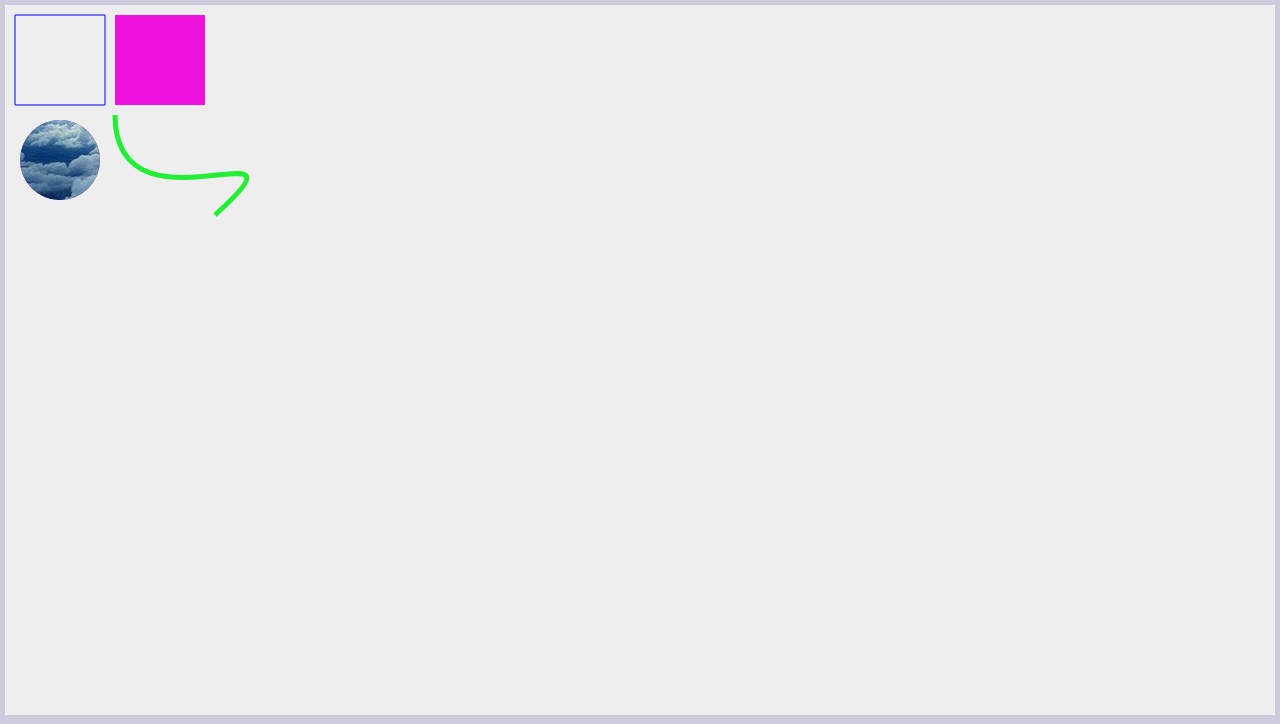
Repository: danielrcardenas/siggraph_examples
Page: workspace/GraphicsExample3/assets/www/index.html
An editor plug-in stored every save of this project. The page is shown before and after the next save, followed by the edit.
The browser window is 1280 px wide. The pictures show the whole page.

Above is the page before, as saved 2013-07-22 16:27:43.

### workspace/GraphicsExample3/assets/www/index.html
<!DOCTYPE html>
<html>
<head>
	<title>Canvas Example</title>

	<link rel="stylesheet" href="styles.css" />
	<meta name="viewport" content="width=device-width" />

	<script>
		function createCanvas ()
		{
			var canvasDiv = document.getElementById("canvasDiv");
			canvasDiv.innerHTML = "<canvas id=\'surface\' width=\'" + (window.innerWidth - 10) + "\' height=\'" + (window.innerHeight - 10) + "\' />";

			var canvas = document.getElementById('surface');
			var context = canvas.getContext('2d');

			// empty square
			context.strokeStyle = 'blue';
			context.beginPath();
			context.moveTo(10,10);
			context.lineTo(10,100);
			context.lineTo(100,100);
			context.lineTo(100,10);
			context.lineTo(10,10);
			context.stroke();

			// filled square
			context.fillStyle = '#ee11dd';
			context.beginPath();
			context.moveTo(110,10);
			context.lineTo(110,100);
			context.lineTo(200,100);
			context.lineTo(200,10);
			context.lineTo(110,10);
			context.fill();

			// filled circle with gradient
			var gradient=context.createLinearGradient(0,0,110,0);
			gradient.addColorStop("0","magenta");
			gradient.addColorStop("0.5","blue");
			gradient.addColorStop("1.0","red");

//			Uncomment the code below and comment out the gradient and fill code below it
//          You will see an image used as a pattern
			var img = new Image();
			var pattern;
			img.src = 'clouds.jpg';
			img.onload = function (e) {
				pattern = context.createPattern(img, 'repeat');
				context.fillStyle=pattern;
				context.beginPath();
				context.arc(55,155,40,0,2*Math.PI);
				context.fill();
			};

			context.fillStyle=gradient;
			context.beginPath();
			context.arc(55,155,40,0,2*Math.PI);
			context.fill();

			// stroked bezier
			context.strokeStyle = '#22ee33';
			context.lineWidth = 5;
			context.beginPath();
			context.moveTo(110,110);
			context.bezierCurveTo(110, 240, 320, 110, 210, 210);
			context.stroke();
		}
	</script>
</head>

<body onload="createCanvas();">
<div id="canvasDiv">
</div>

</body>
</html>

### workspace/GraphicsExample3/assets/www/styles.css

body
{
	margin: 0px;
	padding: 0px;
	background: #ccccdd;
}

#surface {
	margin: 5px;
	padding: 0px;
	background: #eeeeee;
}

After the next save:
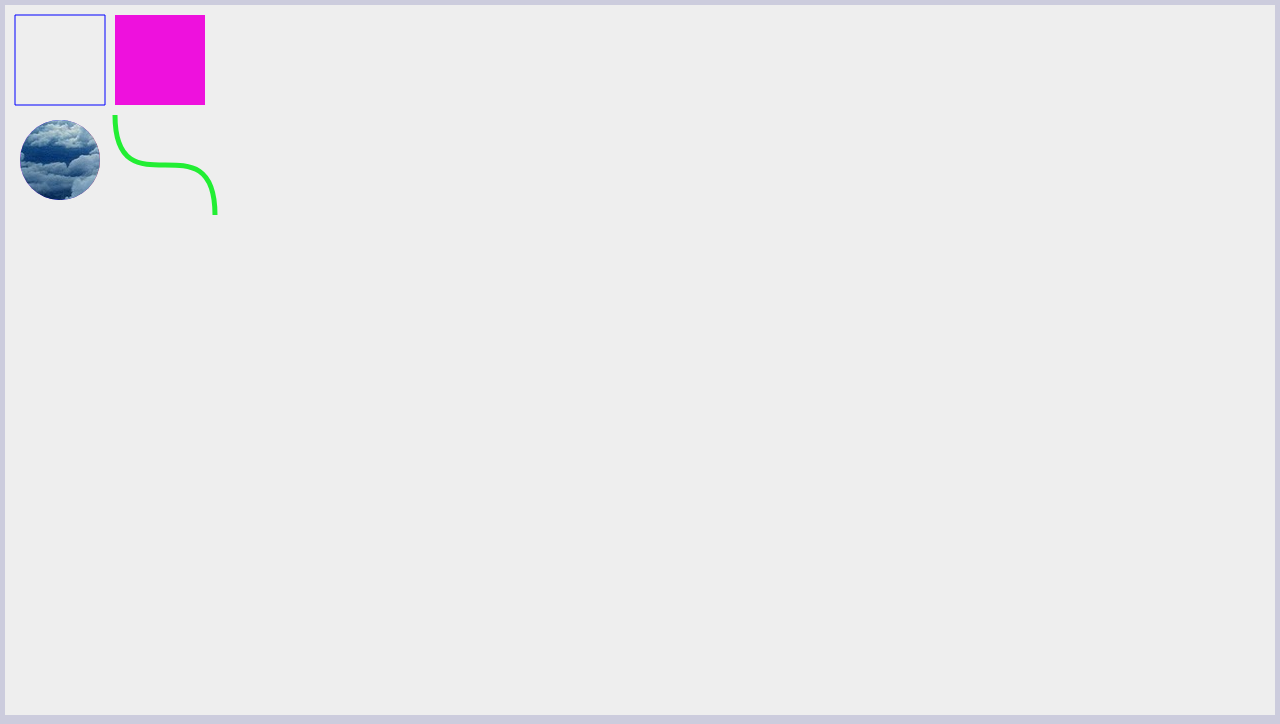
Saved 20 s later.
--- a/workspace/GraphicsExample3/assets/www/index.html
+++ b/workspace/GraphicsExample3/assets/www/index.html
@@ -64,7 +64,7 @@
 			context.lineWidth = 5;
 			context.beginPath();
 			context.moveTo(110,110);
-			context.bezierCurveTo(110, 240, 320, 110, 210, 210);
+			context.bezierCurveTo(110, 210, 210, 110, 210, 210);
 			context.stroke();
 		}
 	</script>
